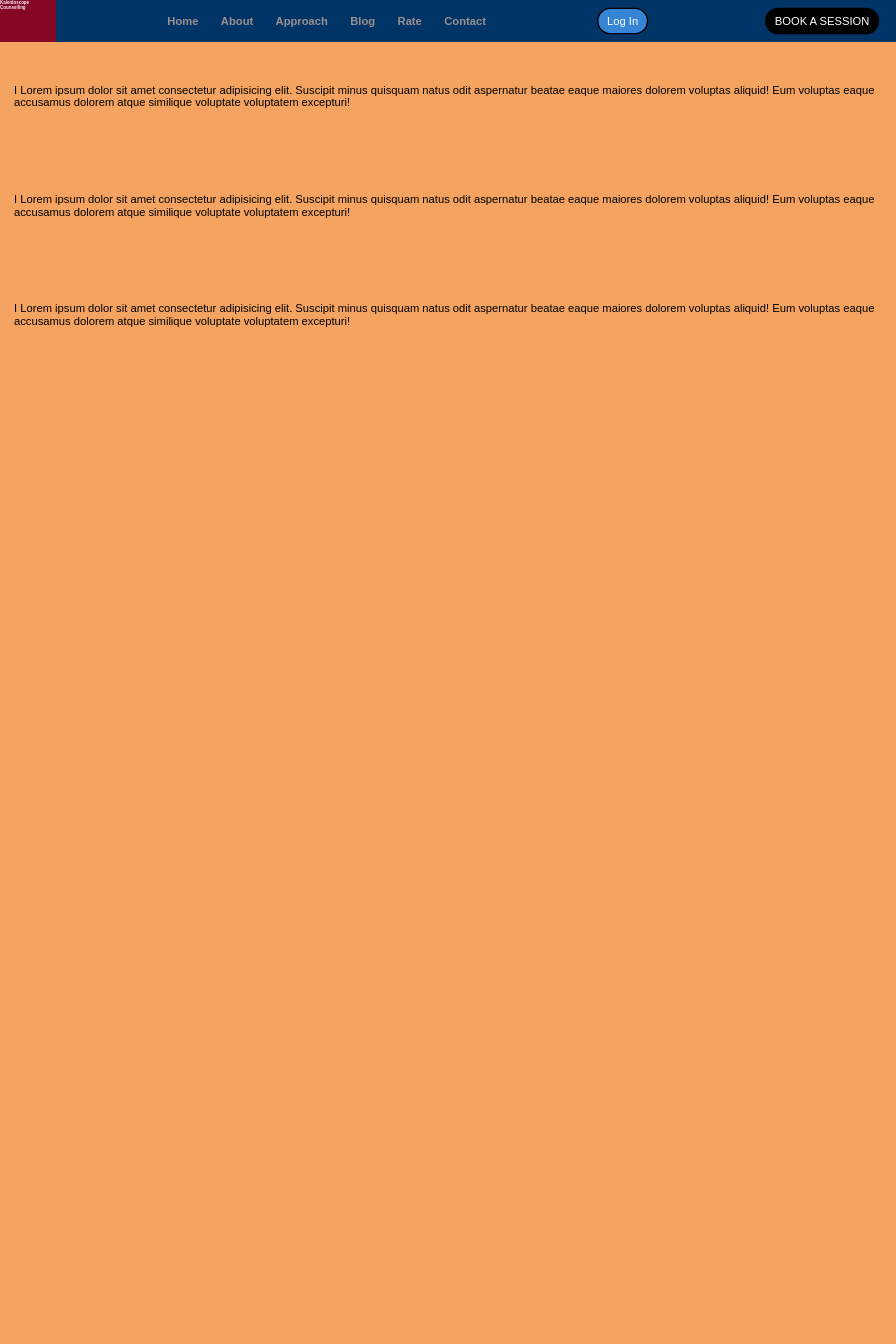
Repository: voutadi/Project1
Page: index.html
These files come from the project's save history. The page is drawn as it stood at one moment and after the next save; the edit follows.
The browser window is 1280 px wide. The pictures show the part of the page from y = 0 to 1920 px (the page is 3120 px tall), at 70% of full size.

Above is the page before, as saved 2024-11-24 21:18:50.

### index.html
<!DOCTYPE html>
<html lang="en">
  <head>
    <meta charset="UTF-8" />
    <meta name="viewport" content="width=device-width, initial-scale=1.0" />
    <link rel="stylesheet" href="styles/style.css" />

    <title>Kaleidoscope Counselling</title>
  </head>
  <body>
    <header class="flex">
      <div class="logo-container">
        <div class="logo">
          Kaleidoscope <br />
          Counselling
        </div>
      </div>
      <nav class="navbar">
        <ul>
          <li><a href="#home">Home</a></li>
          <li>
            <a
              href="https://www.psychologytoday.com/ca/therapists/ava-outadi-port-moody-bc/1111563"
              target="_blank"
              >About</a
            >
          </li>
          <li><a href="#approach">Approach</a></li>
          <li><a href="#blog">Blog</a></li>
          <li><a href="#rate">Rate</a></li>
          <li><a href="#contact">Contact</a></li>
        </ul>
      </nav>
      <button class="login">
        Log In
      </button>

      <button>BOOK A SESSION</button>
    </header>

    <p>
      I Lorem ipsum dolor sit amet consectetur adipisicing elit. Suscipit minus
      quisquam natus odit aspernatur beatae eaque maiores dolorem voluptas
      aliquid! Eum voluptas eaque accusamus dolorem atque similique voluptate
      voluptatem excepturi!
    </p>
    <p>
      I Lorem ipsum dolor sit amet consectetur adipisicing elit. Suscipit minus
      quisquam natus odit aspernatur beatae eaque maiores dolorem voluptas
      aliquid! Eum voluptas eaque accusamus dolorem atque similique voluptate
      voluptatem excepturi!
    </p>
    <p>
      I Lorem ipsum dolor sit amet consectetur adipisicing elit. Suscipit minus
      quisquam natus odit aspernatur beatae eaque maiores dolorem voluptas
      aliquid! Eum voluptas eaque accusamus dolorem atque similique voluptate
      voluptatem excepturi!
    </p>
  </body>
</html>

### styles/style.css
* {
  margin: 0;
  padding: 0;
  box-sizing: border-box;
}
body {
  background-color: rgb(244,164,96);
  height: 3000px;
  font-family: Arial, Helvetica, sans-serif;
  font-size: 1rem;
}
header {
  max-width: 100%; /*Make sure Take all of her parent element(body)on all different devices .*/
  height: 60px;
;
  position: fixed;
  top: 0;
  left: 0;
  right: 0;
  background-color: #003366;
  display: flex;
  justify-content: space-between;
  align-items: center;

  box-shadow: 0 2px 4px rgba(243, 172, 172, 0.15); /* Adds a subtle shadow for depth, optional */
}
.logo-container {
  width: 80px;; /* Put condition for smaller or biger divice*/
  background-color: rgb(134, 6, 38);
  height: 60px;
}
.logo {
  color: rgb(239, 236, 243);
  font-size: 0.4rem;
  font-weight: bold;
}

.navbar ul {
  display: flex;
  flex: 1;
  justify-content: center;
  list-style-type: none;
  flex-wrap: wrap;
}
.navbar li {
  margin: 1rem;
}
.navbar a {
  font-size: 1rem;
  color: rgb(155, 144, 144);
  font-weight: 700;

  text-decoration: none;
}
.navbar a:hover {
  background-color: rgb(184, 175, 175);
  padding: 5px 10px;
  border-radius: 16px;
  transition: 0.15s;
}

.navbar a:active {
  background-color: rgb(166, 162, 162);
  padding: 10px 10px;
  border-radius: 16px;
  transition: 0.15s;

}

.login{
  background-color: #3685d4;

}
button {
  background-color: black;
  color: white;

  font-size: 1rem;
  padding: 8px 12px;
  margin-right: 1.5rem;
  border-width: 2px;
  border-style: solid;
  border-radius: 20px;
  cursor: pointer;
}
button:hover {
  background-color: white;
  color: black;
  transition: 0.15s;
  padding: 12px 18px;
}
button:active {
  padding: 18px 24px;
}
p {
  margin-top: 120px;
  margin-left: 20px;
}
@media (max-width: 380px) {
  body {
    font-size: 0.4rem;/* Smaller font size */

  }
  button {
    font-size: 0.4rem;
    padding: 2px;
    margin-right: 0.4rem;
    border-radius: 8px;
  }
  button:hover {
    font-size: 0.4rem;
    padding: 2px;
  }
  button:active {
    padding: 3px;
  }
  .navbar li {
    margin: 0.2rem;
  }
  .navbar a {
    font-size: 0.5rem;
    margin: 0.2rem ;
  }
}


@media (max-width: 600px) {
  body {
    font-size: 0.5rem;
  } /* Smaller font size */
  button {
    font-size: 0.5rem;
    padding: 2px 4px;
    margin-right: 0.5rem;
    border-radius: 10px;
  }
  button:hover {
    font-size: 0.5rem;
    padding: 2px;
  }
  button:active {
    padding: 3px;
  }
  .navbar li {
    margin: 0.3rem;
  }
  .navbar a {
    font-size: 0.6rem;
  }
}
@media (min-width: 601px) and (max-width: 900px) {
  body {
    font-size: 0.75rem;
  } /* Smaller font size */
  button {
    font-size: 0.75rem;
    padding: 2px 4px;
    margin-right: 0.75rem;
    border-radius: 10px;
  }
  button:hover {
    font-size: 0.75rem;
    padding: 2px;
  }
  button:active {
    padding: 3px;
  }
  .navbar li {
    margin: 0.5rem;
  }
  .navbar a {
    font-size: 0.8rem;
  }
}

After the next save:
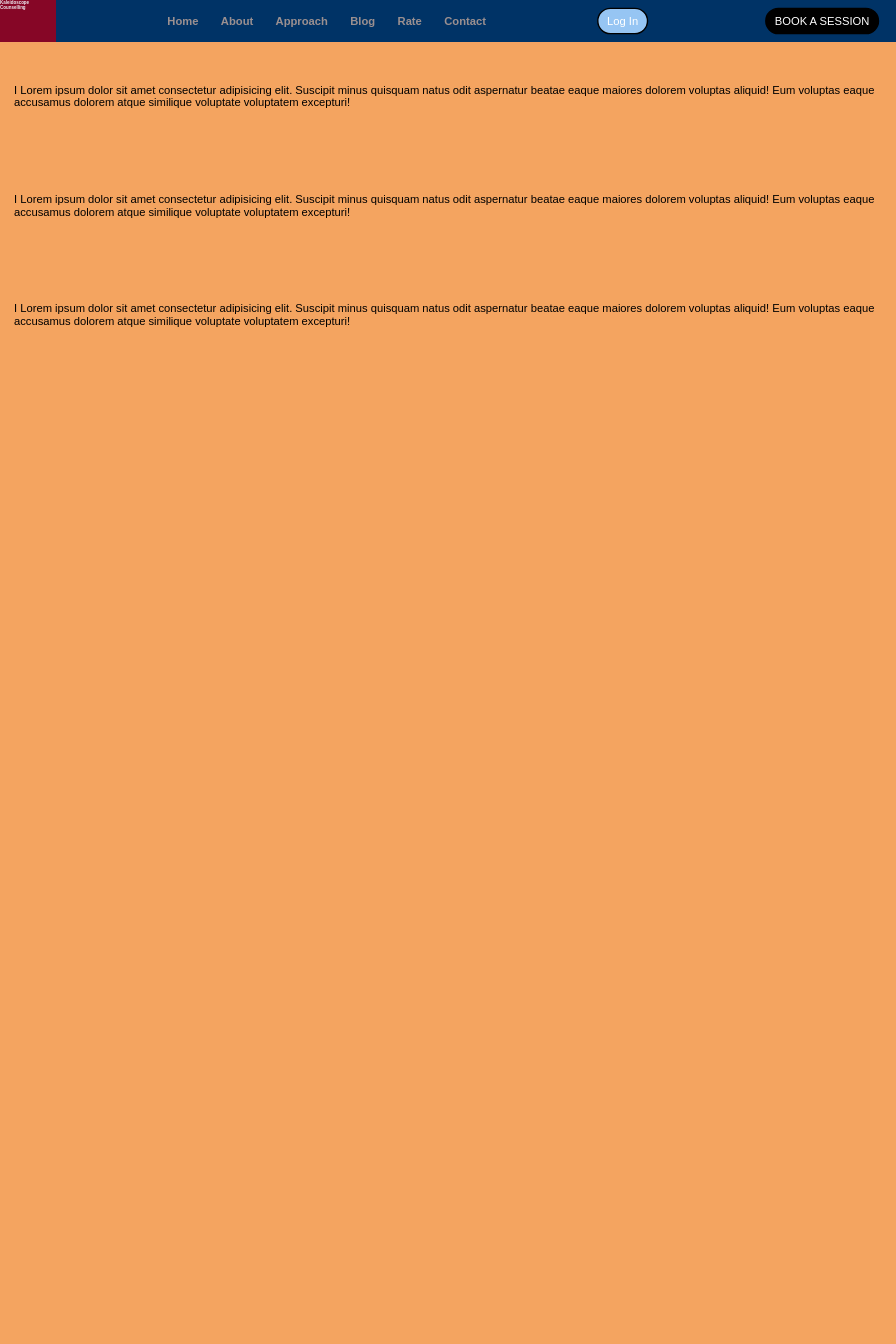
Saved 6 s later.
--- a/styles/style.css
+++ b/styles/style.css
@@ -68,7 +68,7 @@ header {
 }
 
 .login{
-  background-color: #3685d4;
+  background-color: #96c5f3;
 
 }
 button {
